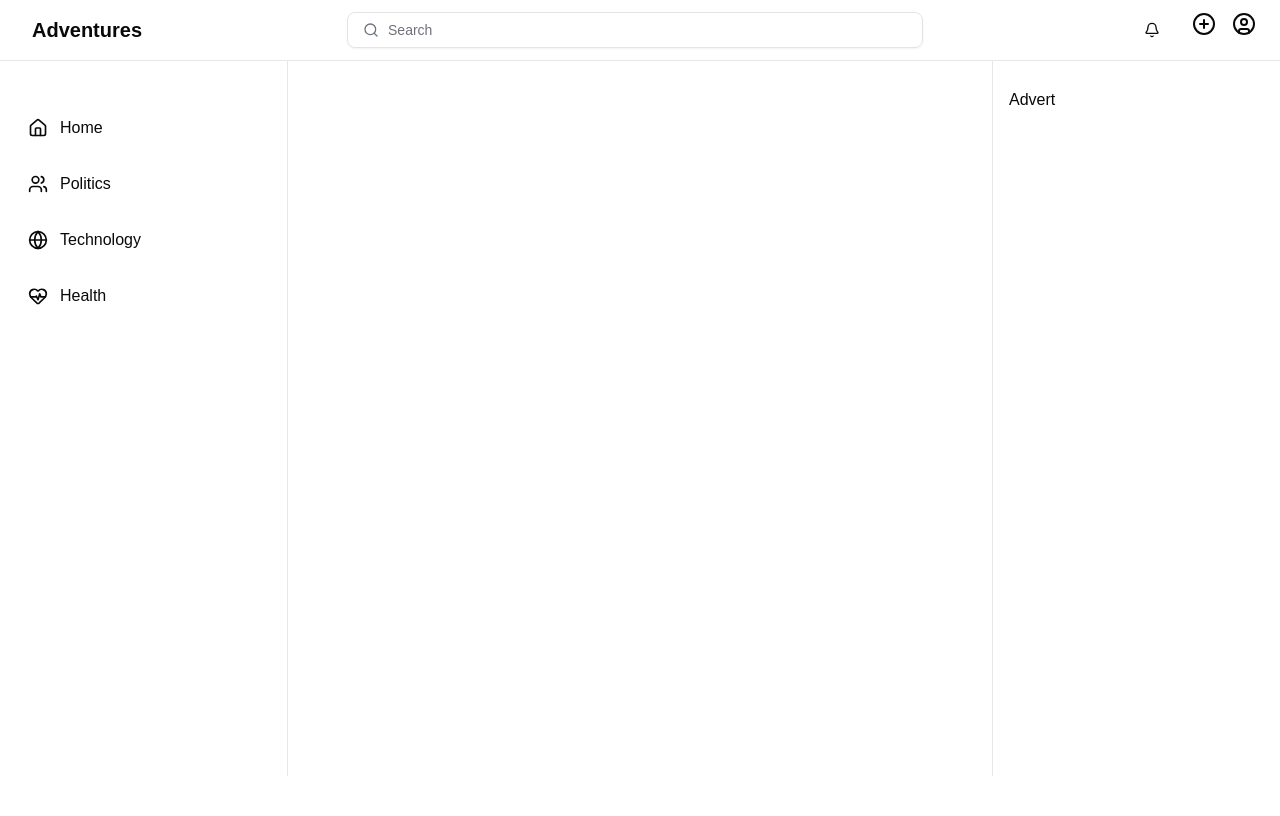
Repository: IssaMuiz/afrixpace-frontend
Page: /
These files come from the project's save history. The page is drawn as it stood at one moment and after the next save; the edit follows.
The browser window is 1280 px wide. The pictures show the whole page.
The page's requests for data from a server got no answer. The project was rebuilt for these pictures with package versions that can differ from the ones it lists, and the page was loaded fresh each time. The framework's server and built-in components were replaced by stand-ins that run in the browser. No one was signed in, and anything a server would have sent is missing. Also part of the build but not shown: next.config.ts, components/ui/card.tsx, components/Vote.tsx, components/PostCard.tsx.

Above is the page before, as saved 2025-02-05 04:36:13.

### app/layout.tsx
import type { Metadata } from "next";
import { Geist, Geist_Mono } from "next/font/google";
import "./globals.css";
import Navbar from "@/components/Navbar";
import Sidebar from "@/components/Sidebar";
import AdvertBar from "@/components/Advertbar";

const geistSans = Geist({
  variable: "--font-geist-sans",
  subsets: ["latin"],
});

const geistMono = Geist_Mono({
  variable: "--font-geist-mono",
  subsets: ["latin"],
});

export const metadata: Metadata = {
  title: "Adventurer app",
  description: "Share your adventure experience here",
};

export default function RootLayout({
  children,
}: Readonly<{
  children: React.ReactNode;
}>) {
  return (
    <html lang="en">
      <body
        className={`${geistSans.variable} ${geistMono.variable} min-h-screen antialiased`}
      >
        <Navbar />
        <div className="grid grid-rows-1 lg:grid-rows-[1fr_250px] xl:grid-rows-[250px_1fr_300px] gap-6 h-screen p-4">
          <Sidebar />

          <main className=" lg:mr-[290px]  xl:mx-[300px]">{children}</main>
          <AdvertBar />
        </div>
      </body>
    </html>
  );
}

### app/page.tsx
import Feed from "@/components/Feed";

const HomePage = () => {
  return (
    <div className="h-screen ">
      <Feed />
    </div>
  );
};

export default HomePage;

### components/Navbar.tsx
"use client";
import { Button } from "./ui/button";
import { Input } from "./ui/input";
import { Search } from "lucide-react";
import { Menu } from "lucide-react";
import { BellIcon } from "lucide-react";
import { UserCircle } from "lucide-react";
import { PlusCircle } from "lucide-react";

const Navbar = () => {
  return (
    <nav className="border-b bg-white z-20 fixed left-0 right-0 top-0 border-gray-200 px-6 py-3 flex justify-between items-center">
      <div className="flex space-x-2 items-center">
        <Menu className="xl:hidden block" />
        <h1 className="lg:hidden block text-xl font-semibold">A</h1>
        <h1 className="text-xl font-semibold hidden lg:flex">Adventures</h1>
      </div>
      <div className="relative max-w-xl flex-1 mx-6">
        <Search className=" h-4 absolute left-3 top-1/2 transform -translate-y-1/2 text-gray-500" />
        <Input
          type="text"
          placeholder="Search"
          className="pl-10 w-full border rounded-lg"
        />
      </div>

      <div className=" flex space-x-4">
        <Button
          className=" hover:bg-gray-300 rounded-full cursor-pointer border-none shadow-none"
          variant="outline"
        >
          {" "}
          <BellIcon />
        </Button>

        <PlusCircle />
        <UserCircle />

        {/* <Button variant="outline" className="hover:bg-gray-100">
          Login
        </Button>
        <Button className="hover:bg-white hover:text-black ">Sign up</Button> */}
      </div>
    </nav>
  );
};

export default Navbar;

### components/Sidebar.tsx
"use client";

import Link from "next/link";
import { usePathname } from "next/navigation";
import { categories } from "@/constant";
import { cn } from "@/lib/utils";

const Sidebar = () => {
  const pathname = usePathname();
  return (
    <aside className="fixed hidden xl:block top-14 left-0 bottom-0 w-72 border-r border-gray-200 h-screen dark:bg-gray-900 px-4 pt-12">
      <ul className="space-y-2">
        {categories.map((cat) => (
          <li key={cat.name}>
            <Link
              href={`/${cat.path}`}
              className={cn(
                "flex items-center gap-3 p-3 rounded-md hover:bg-gray-200 dark:hover:bg-gray-800 transition",
                pathname === `/${cat.path}` &&
                  "bg-gray-300 dark:bg-gray-700 font-semibold"
              )}
            >
              <cat.icon className="w-5 h-5" />
              <span>{cat.name}</span>
            </Link>
          </li>
        ))}
      </ul>
    </aside>
  );
};

export default Sidebar;

### components/Advertbar.tsx
const AdvertBar = () => {
  return (
    <aside className="hidden lg:block fixed right-0 top-14 bottom-0 w-72 border-l border-gray-200 h-full bg-white pt-8 px-4">
      Advert
    </aside>
  );
};

export default AdvertBar;

### components/Feed.tsx
"use client";

import { useEffect, useState } from "react";
import PostCard from "./PostCard";

interface Post {
  id: string;
  title: string;
  content: string;
  votes: number;
  mediaUrl?: string;
  mediaType: "image" | "video";
}

const Feed = () => {
  const [posts, setPosts] = useState<Post[]>([]);

  useEffect(() => {
    async function fetchPost() {
      const res = await fetch("/api/posts");
      const data = await res.json();
      setPosts(data);
    }
    fetchPost();
  }, []);
  return (
    <section className="space-y-6 mt-20">
      {posts.map((post) => (
        <PostCard key={post.id} post={post} />
      ))}
    </section>
  );
};

export default Feed;

### components/ui/button.tsx
import * as React from "react"
import { Slot } from "@radix-ui/react-slot"
import { cva, type VariantProps } from "class-variance-authority"

import { cn } from "@/lib/utils"

const buttonVariants = cva(
  "inline-flex items-center justify-center gap-2 whitespace-nowrap rounded-md text-sm font-medium transition-colors focus-visible:outline-none focus-visible:ring-1 focus-visible:ring-ring disabled:pointer-events-none disabled:opacity-50 [&_svg]:pointer-events-none [&_svg]:size-4 [&_svg]:shrink-0",
  {
    variants: {
      variant: {
        default:
          "bg-primary text-primary-foreground shadow hover:bg-primary/90",
        destructive:
          "bg-destructive text-destructive-foreground shadow-sm hover:bg-destructive/90",
        outline:
          "border border-input bg-background shadow-sm hover:bg-accent hover:text-accent-foreground",
        secondary:
          "bg-secondary text-secondary-foreground shadow-sm hover:bg-secondary/80",
        ghost: "hover:bg-accent hover:text-accent-foreground",
        link: "text-primary underline-offset-4 hover:underline",
      },
      size: {
        default: "h-9 px-4 py-2",
        sm: "h-8 rounded-md px-3 text-xs",
        lg: "h-10 rounded-md px-8",
        icon: "h-9 w-9",
      },
    },
    defaultVariants: {
      variant: "default",
      size: "default",
    },
  }
)

export interface ButtonProps
  extends React.ButtonHTMLAttributes<HTMLButtonElement>,
    VariantProps<typeof buttonVariants> {
  asChild?: boolean
}

const Button = React.forwardRef<HTMLButtonElement, ButtonProps>(
  ({ className, variant, size, asChild = false, ...props }, ref) => {
    const Comp = asChild ? Slot : "button"
    return (
      <Comp
        className={cn(buttonVariants({ variant, size, className }))}
        ref={ref}
        {...props}
      />
    )
  }
)
Button.displayName = "Button"

export { Button, buttonVariants }

### components/ui/input.tsx
import * as React from "react"

import { cn } from "@/lib/utils"

const Input = React.forwardRef<HTMLInputElement, React.ComponentProps<"input">>(
  ({ className, type, ...props }, ref) => {
    return (
      <input
        type={type}
        className={cn(
          "flex h-9 w-full rounded-md border border-input bg-transparent px-3 py-1 text-base shadow-sm transition-colors file:border-0 file:bg-transparent file:text-sm file:font-medium file:text-foreground placeholder:text-muted-foreground focus-visible:outline-none focus-visible:ring-1 focus-visible:ring-ring disabled:cursor-not-allowed disabled:opacity-50 md:text-sm",
          className
        )}
        ref={ref}
        {...props}
      />
    )
  }
)
Input.displayName = "Input"

export { Input }

### constant.ts
import { Home, Users, Globe, HeartPulseIcon } from "lucide-react";

export const categories = [
  {
    name: "Home",
    icon: Home,
    path: "/",
  },
  {
    name: "Politics",
    icon: Users,
    path: "explore/politics",
  },
  {
    name: "Technology",
    icon: Globe,
    path: "explore/technology",
  },
  {
    name: "Health",
    icon: HeartPulseIcon,
    path: "explore/health",
  },
];

### lib/utils.ts
/* eslint-disable @typescript-eslint/no-explicit-any */
import { clsx } from "clsx";
import { twMerge } from "tailwind-merge";

export function cn(...inputs: any[]) {
  return twMerge(clsx(inputs));
}

### tailwind.config.ts
import type { Config } from "tailwindcss";
import tailwindAnimate from "tailwindcss-animate";

export default {
  darkMode: ["class"],
  content: [
    "./pages/**/*.{js,ts,jsx,tsx,mdx}",
    "./components/**/*.{js,ts,jsx,tsx,mdx}",
    "./app/**/*.{js,ts,jsx,tsx,mdx}",
  ],
  theme: {
    extend: {
      colors: {
        background: "hsl(var(--background))",
        foreground: "hsl(var(--foreground))",
        card: {
          DEFAULT: "hsl(var(--card))",
          foreground: "hsl(var(--card-foreground))",
        },
        popover: {
          DEFAULT: "hsl(var(--popover))",
          foreground: "hsl(var(--popover-foreground))",
        },
        primary: {
          DEFAULT: "hsl(var(--primary))",
          foreground: "hsl(var(--primary-foreground))",
        },
        secondary: {
          DEFAULT: "hsl(var(--secondary))",
          foreground: "hsl(var(--secondary-foreground))",
        },
        muted: {
          DEFAULT: "hsl(var(--muted))",
          foreground: "hsl(var(--muted-foreground))",
        },
        accent: {
          DEFAULT: "hsl(var(--accent))",
          foreground: "hsl(var(--accent-foreground))",
        },
        destructive: {
          DEFAULT: "hsl(var(--destructive))",
          foreground: "hsl(var(--destructive-foreground))",
        },
        border: "hsl(var(--border))",
        input: "hsl(var(--input))",
        ring: "hsl(var(--ring))",
        chart: {
          "1": "hsl(var(--chart-1))",
          "2": "hsl(var(--chart-2))",
          "3": "hsl(var(--chart-3))",
          "4": "hsl(var(--chart-4))",
          "5": "hsl(var(--chart-5))",
        },
      },
      borderRadius: {
        lg: "var(--radius)",
        md: "calc(var(--radius) - 2px)",
        sm: "calc(var(--radius) - 4px)",
      },
    },
  },

  plugins: [tailwindAnimate],
} satisfies Config;

Loaded but not shown: app/globals.css (common file)

After the next save:
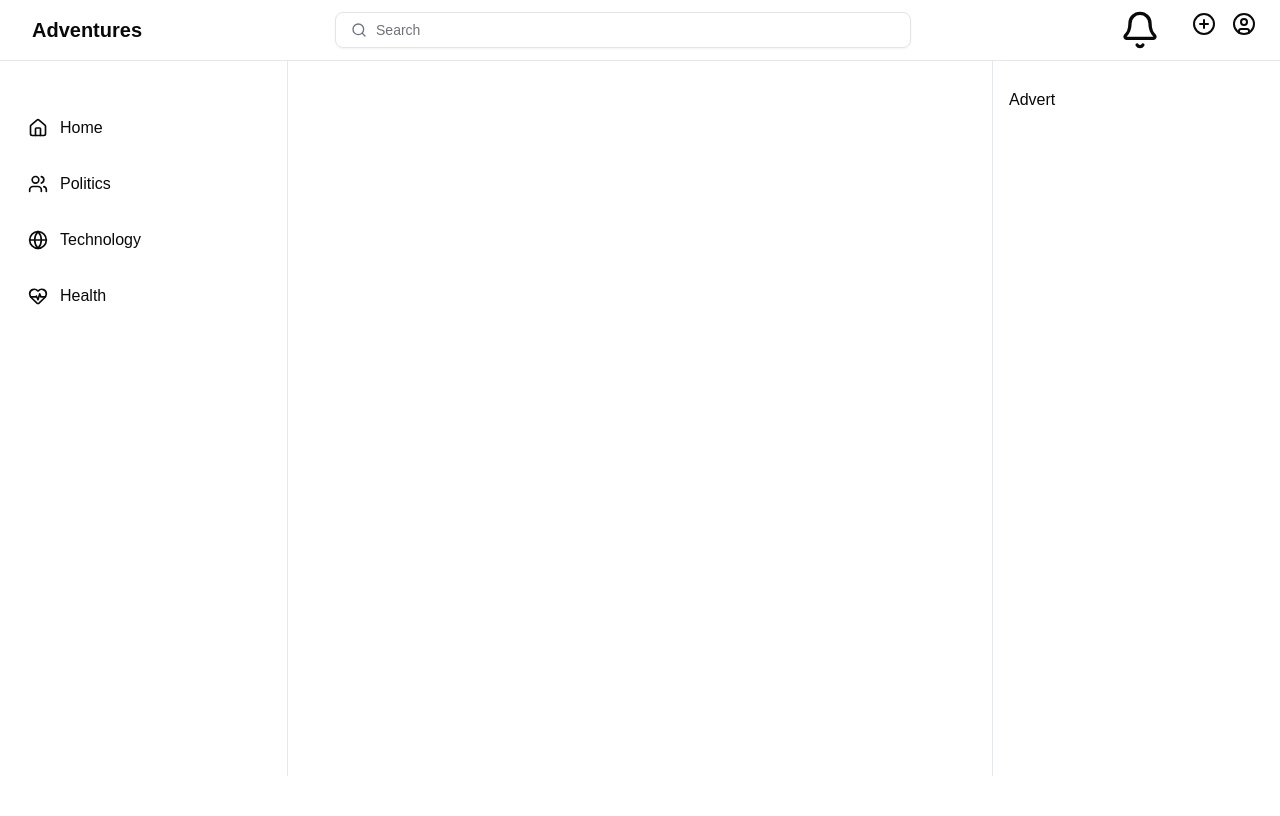
Saved 46 s later.
--- a/components/Navbar.tsx
+++ b/components/Navbar.tsx
@@ -29,8 +29,7 @@ const Navbar = () => {
           className=" hover:bg-gray-300 rounded-full cursor-pointer border-none shadow-none"
           variant="outline"
         >
-          {" "}
-          <BellIcon />
+          <BellIcon className="min-h-10 min-w-10" />
         </Button>
 
         <PlusCircle />
